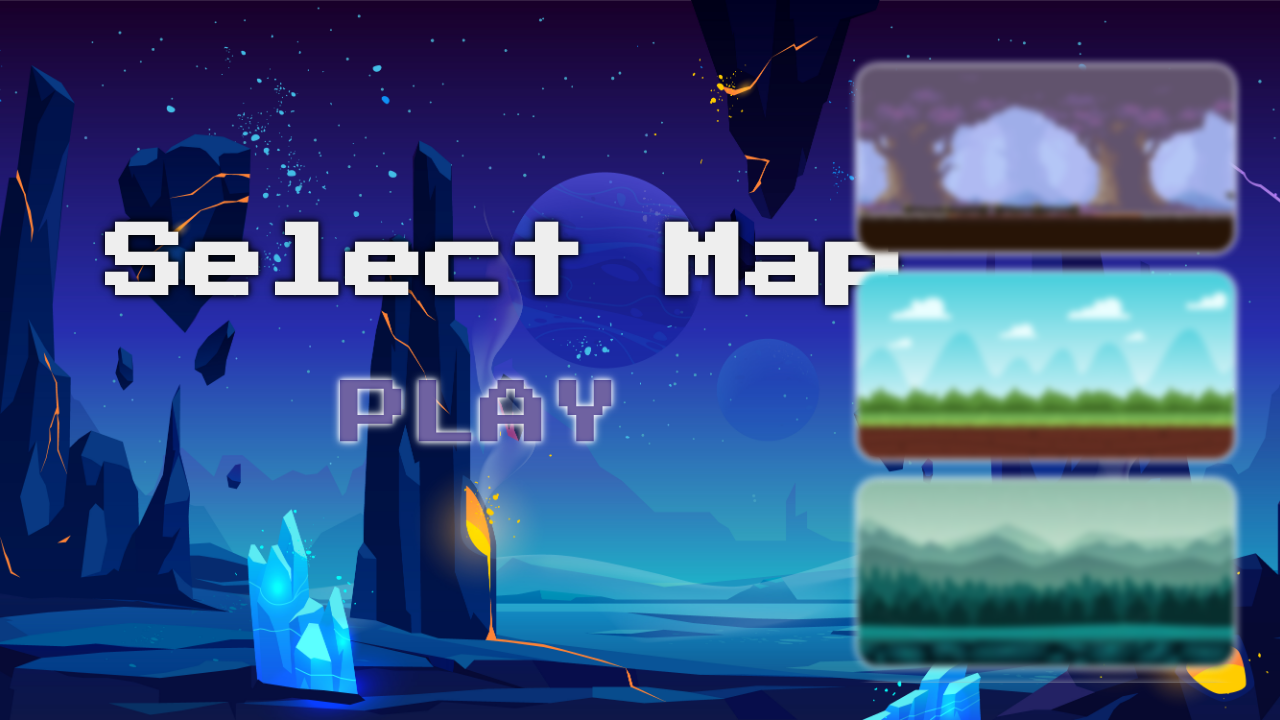
Repository: Gaurav31052/Fighting-game
Page: home.html
These files come from the project's save history. The page is drawn as it stood at one moment and after the next save; the edit follows.
The browser window is 1280 px wide. The pictures show the whole page.
An inner scrolling area shows only its first screen.

Above is the page before, as saved 2024-06-06 23:47:02.

### home.html
<!DOCTYPE html>
<html lang="en">

<head>
    <meta charset="UTF-8">
    <meta name="viewport" content="width=device-width, initial-scale=1.0">
    <title>Document</title>
    <link href="https://fonts.googleapis.com/css2?family=Press+Start+2P&display=swap" rel="stylesheet">
    <link rel="stylesheet" href="style.css">
</head>

<body>


    <!-- carousel -->
    <div class="carousel">
        <!-- list item -->
        <div class="list">
            <div class="item">

                <div class="MapName">
                   <h1 id="name">Select Map</h1>
                </div>

                <img id="mainbox" src="img/home.jpg" alt="">

                <button id="btn"><a href='game.html'>PLAY</a></button>
            </div>

        </div>


        <!-- list thumnail -->
        <div class="thumbnail" id="about">

            <div class="item" id="bg1"><img class="myimg" src="./img/background1.jpg" alt=""></div>
            <div class="item" id="bg2"><img class="myimg" src="./img/background2.jpg" alt=""></div>
            <div class="item" id="bg3"><img class="myimg" src="./img/background3.jpg" alt=""></div>
            <div class="item" id="bg4"><img class="myimg" src="./img/background4.jpg" alt=""></div>
            <div class="item" id="bg5"><img class="myimg" src="./img/background5.jpg" alt=""></div>
            <div class="item" id="bg6"><img class="myimg" src="./img/background6.jpg" alt=""></div>
            <!-- <div class="item"><img src="img/background.jpg" alt=""></div>
                <div class="item"><img src="img/background.jpg" alt=""></div>
                <div class="item"><img src="img/background.jpg" alt=""></div>
                <div class="item"><img src="img/background.jpg" alt=""></div>
                <div class="item"><img src="img/background.jpg" alt=""></div> -->

        </div>


    </div>

    <script src="home.js"></script>

</body>

</html>

### style.css

body {
    margin: 0;
    background-color: #000;
    color: #eee;
    font-family: Poppins;
    font-size: 12px;
    overflow: hidden;
}

a {
    text-decoration: none;
    color: #1d096da2;
}

/* carousel */
.carousel {
    height: 100vh;
    width: 100vw;
    overflow: hidden;
    position: relative;
}

.carousel .list .item {
    width: 100%;
    height: 100%;
    position: absolute;
    inset: 0 0 0 0;

}

.carousel .list .item img {
    width: 100%;
    height: 100%;
    object-fit: cover;

}

.carousel .list .item button {

    position: absolute;
    top: 50%;
    left: 25%;
    font-size: 70px;
    font-family: "Press Start 2P", system-ui;
    text-align: center;
    /* padding-top: 100px; */
    text-shadow: 0 0 10px #fffdfd, 0 0 5px #ffffff;
   padding: 20px;
    background: transparent;
    border: none;
}
#btn{


}
#btn:hover{
    border: 4px solid black;
    border-radius: 50px;
    background-color: white;

}

.MapName {
    /* background: red; */
    position: absolute;
    height: 130px;
    width: 830px;
    top: 200px;
    left: 90px;
    display: flex;
    justify-content: space-around;
    align-items: center;
    font-family: "Press Start 2P", system-ui;
    text-shadow: 0 0 10px #000000, 0 0 5px #000000;
}
.MapName>h1{
    font-size: 80px;
}



/* thumbail */
.thumbnail {
    position: absolute;
    top: 6%;
    left: 65%;
    width: max-content;
    z-index: 100;
    gap: 15px;
    width: 460px;
    height: 615px;
    overflow: scroll;
    padding: 5px;
    padding-top: 20px;

    scroll-behavior: initial;
    display: flex;
    flex-direction: column;
    align-items: center;

}

.thumbnail .item {
    width: fit-content;
    flex-shrink: 0;
    position: relative;
    list-style-type: none;
    padding: 3px;
}

#about {
    scrollbar-width: none;
}

.thumbnail .item img {
    width: 90%;
    height: 100%;
    object-fit: cover;
    border-radius: 20px;
    box-shadow: 0 0 5px #fff, 0 0 5px #fff, 0 0 5px #fff, 0 0 5px #fff;
}

.myimg {
    filter: blur(3px);
}

.myimg:hover {
    filter: none;
    scale: 1.1;
    transition: 0.5s ease-in;
}

#leftimg {
    scale: 4;
}

#rightimg {
    scale: 3;
}

### home.js
let userchoice;

const setmap = document.getElementById("mainbox");
const choices = document.querySelectorAll(".myimg");
choices.forEach((e) => {
    e.addEventListener("click", () => {
        userchoice = e.getAttribute("src");
        setmap.src = userchoice;
        localStorage.setItem(1,userchoice);
        console.log(userchoice);
        if(userchoice === "./img/background1.jpg"){
            document.getElementById('name').innerHTML = "Bloom";
        }
        else if(userchoice === "./img/background2.jpg"){
            document.getElementById('name').innerHTML = "Skyris";
        }
        else if(userchoice === "./img/background3.jpg"){
            document.getElementById('name').innerHTML = "Night Hawl";
        }
        else if(userchoice === "./img/background4.jpg"){
            document.getElementById('name').innerHTML = "Caves";
        }
        else if(userchoice === "./img/background5.jpg"){
            document.getElementById('name').innerHTML = "Bind";
        }
        else if(userchoice === "./img/background6.jpg"){
            document.getElementById('name').innerHTML = "Forest";
        }
    })
});

var home_music =new Audio("./audio/background sound.mp3");
home_music.play();
home_music.loop=true;
home_music.volume=0.1;

After the next save:
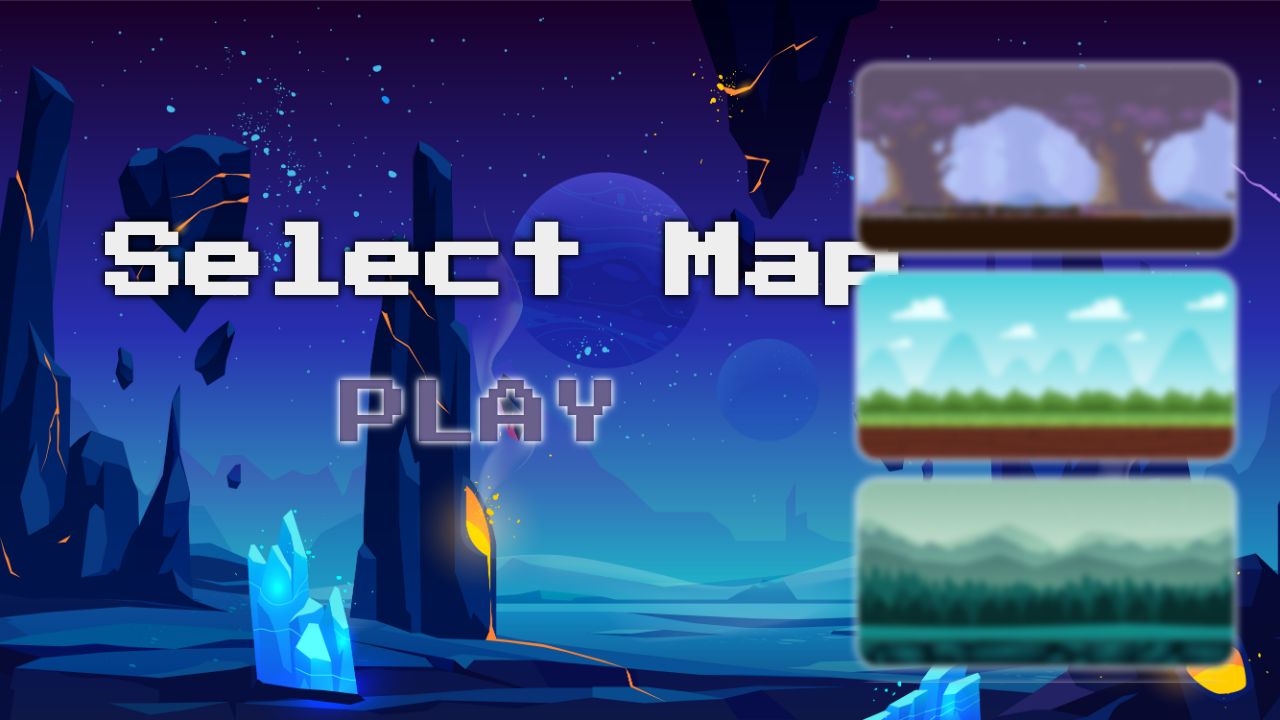
Saved 23 s later.
--- a/style.css
+++ b/style.css
@@ -10,7 +10,7 @@ body {
 
 a {
     text-decoration: none;
-    color: #1d096da2;
+    color: #14074ba2;
 }
 
 /* carousel */
